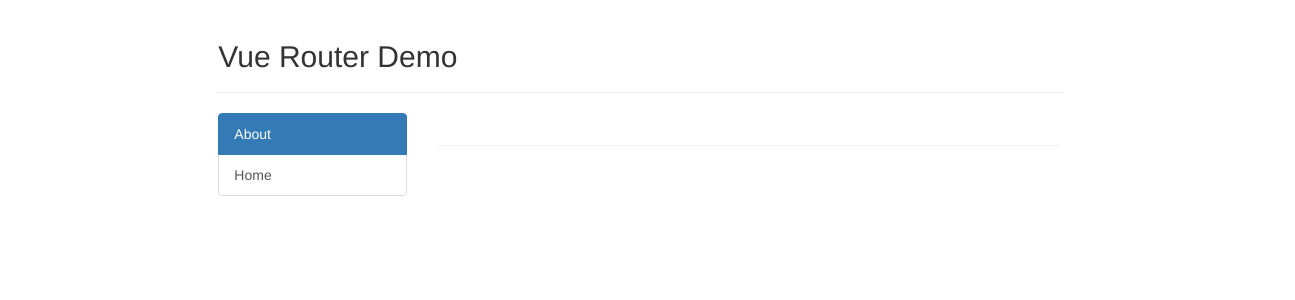
Repository: ldqml/vue.test
Page: /#/home/message (app in router/)
These files come from the project's save history. The page is drawn as it stood at one moment and after the next save; the edit follows.
The browser window is 1280 px wide. The page is 1295 px wide, so the pictures cover 1295 px, including what lies to the right of the window. The pictures show the whole page.
The project was rebuilt for these pictures with package versions that can differ from the ones it lists, and the page was loaded fresh each time. Also part of the build but not shown: router/vue.config.js.

Above is the page before, as saved 2022-08-27 15:42:34.

### router/public/index.html
<!DOCTYPE html>
<html lang="">
  <head>
    <meta charset="utf-8">
    <meta http-equiv="X-UA-Compatible" content="IE=edge">
    <meta name="viewport" content="width=device-width,initial-scale=1.0">
    <link rel="icon" href="<%= BASE_URL %>favicon.ico">
    <link rel="stylesheet" href="<%= BASE_URL %>bootstrap.min.css">
    <title><%= htmlWebpackPlugin.options.title %></title>
  </head>
  <body>
    <noscript>
      <strong>We're sorry but <%= htmlWebpackPlugin.options.title %> doesn't work properly without JavaScript enabled. Please enable it to continue.</strong>
    </noscript>
    <div id="app"></div>
    <!-- built files will be auto injected -->
  </body>
</html>

### router/src/App.vue
<template>
   <div>
    <div class="row">
      <div class="col-xs-offset-2 col-xs-8">
        <div class="page-header">
          <h2>Vue Router Demo</h2>
        </div>
      </div>
    </div>
    <div class="row">
      <div class="col-xs-2 col-xs-offset-2">
        <div class="list-group">
          <a class="list-group-item active" href="">About</a>
          <a class="list-group-item" href="">Home</a>
        </div>
      </div>
      <div class="col-xs-6">
        <div class="panel">
          <div class="panel-body">

          </div>
        </div>
      </div>
    </div>
   </div>
</template>

<script>

export default {
  name: 'App',
  components: {

  }
}
</script>

<style>

</style>

Loaded but not shown: router/src/main.js (common file); router/public/bootstrap.min.css (library)

After the next save:
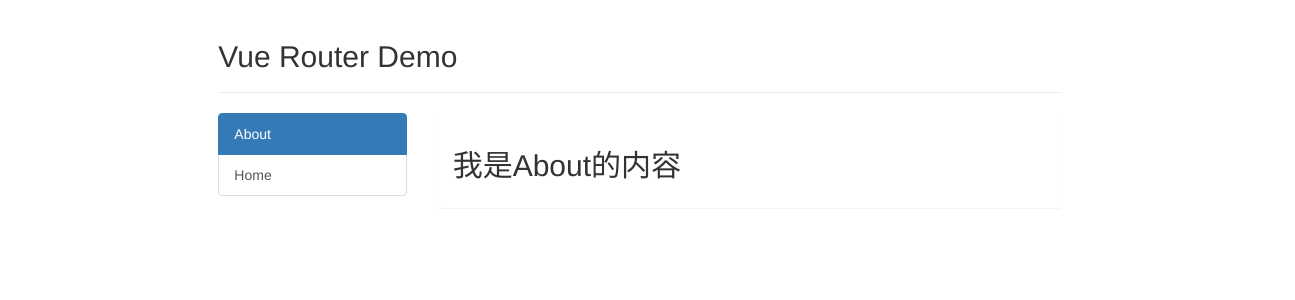
Saved 23 s later.
--- a/router/src/App.vue
+++ b/router/src/App.vue
@@ -17,7 +17,7 @@
       <div class="col-xs-6">
         <div class="panel">
           <div class="panel-body">
-
+            <h2>我是About的内容</h2>
           </div>
         </div>
       </div>
